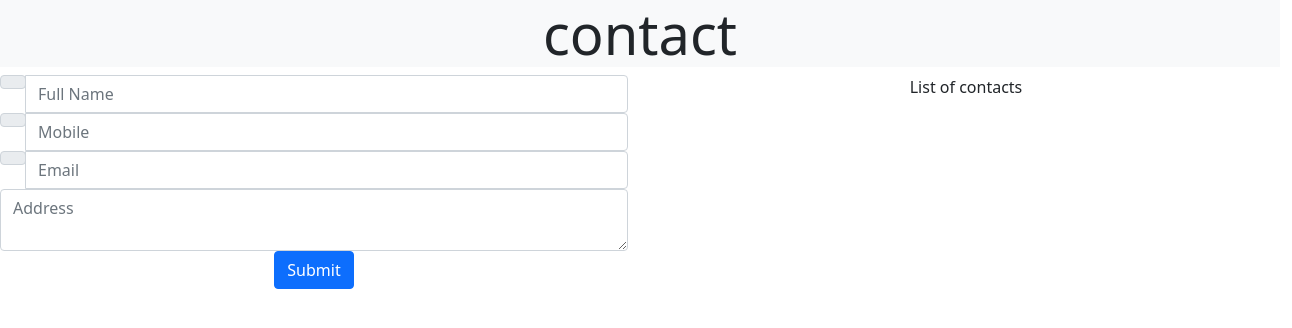
Repository: sahil801/my-react
Page: / (app in finalassignment/)
The author's editor kept a copy of each file at every save. The page is drawn from the files as they stood at one save, then again after the next save.
The browser window is 1280 px wide. The page is 1292 px wide, so the pictures cover 1292 px, including what lies to the right of the window. The pictures show the whole page.
The project was rebuilt for these pictures with package versions that can differ from the ones it lists, and the page was loaded fresh each time.

Above is the page before, as saved 2021-10-28 12:50:47.

### finalassignment/src/index.js
import React from 'react';
import ReactDOM from 'react-dom';
import './index.css';
import App from './App';
import reportWebVitals from './reportWebVitals';
import 'bootstrap/dist/css/bootstrap.min.css';

ReactDOM.render(
  <React.StrictMode>
    <App />
  </React.StrictMode>,
  document.getElementById('root')
);
reportWebVitals();

### finalassignment/src/App.js
import './App.css';
import Contacts from './components/contacts';
function App() {
  return (
    <div className="App">
      <Contacts/>
    </div>
  );
}

export default App;

### finalassignment/src/components/contacts.js
import React from 'react'
import Contactform from './contactform';

export default function Contacts() {
    return (
        <>
        <div className="bg-light text-center">
            <div className="container p-250">
                <h1 className="display-4">contact</h1>
            </div>
        </div>
        <div className="row mt-10">
            <div className="col md-5">
                <Contactform/>
            </div>
            <div className="col md-7">
                <div>List of contacts</div>
            </div>
        </div>
        </>
    )
}

### finalassignment/src/components/contactform.js
import React ,{useState,useEffect} from 'react'
// import {Form} from 'react-bootstrap';

export default function Contactform() {

    const initialFieldValue = {
        name : '',
        mobile : '',
        email : '',
        address : ''
    }
    const [value,setValue] = useState(initialFieldValue);
    const handleInputChange = (e) =>{
        var [name,val] = e.target;
        setValue({...value, [name]:val})
    }

    return (
        <div>
            <form autoComplete="off">
            <div className="form-group input-group">
                <div className="input-group-prepend">
                    <div className="input-group-text">
                        <i className="fas fa-user"></i>
                    </div>
                </div>
                <input className="form-control" placeholder="Full Name" name="name"
                    value={value.name}
                    onChange={handleInputChange}
                />
            </div>
            <div className="form-row">
                <div className="form-group input-group col-md-6">
                    <div className="input-group-prepend">
                        <div className="input-group-text">
                            <i className="fas fa-mobile-alt"></i>
                        </div>
                    </div>
                    <input className="form-control" placeholder="Mobile" name="mobile"
                        value={value.mobile}
                        onChange={handleInputChange}
                    />
                </div>
                <div className="form-group input-group col-md-6">
                    <div className="input-group-prepend">
                        <div className="input-group-text">
                            <i className="fas fa-envelope"></i>
                        </div>
                    </div>
                    <input className="form-control" placeholder="Email" name="email"
                        value={value.email}
                        onChange={handleInputChange}
                    />
                </div>
            </div>
            <div className="form-group">
                <textarea className="form-control" placeholder="Address" name="address"
                    value={value.address}
                    onChange={handleInputChange}
                />
            </div>
            <div className="form-group">
                <input type="submit" className="btn btn-primary btn-block" />
            </div>
            </form>
        </div>
    )
}

Loaded but not shown: finalassignment/public/index.html (common file); finalassignment/src/index.css (common file); finalassignment/src/reportWebVitals.js (common file); finalassignment/src/App.css (common file)

After the next save:
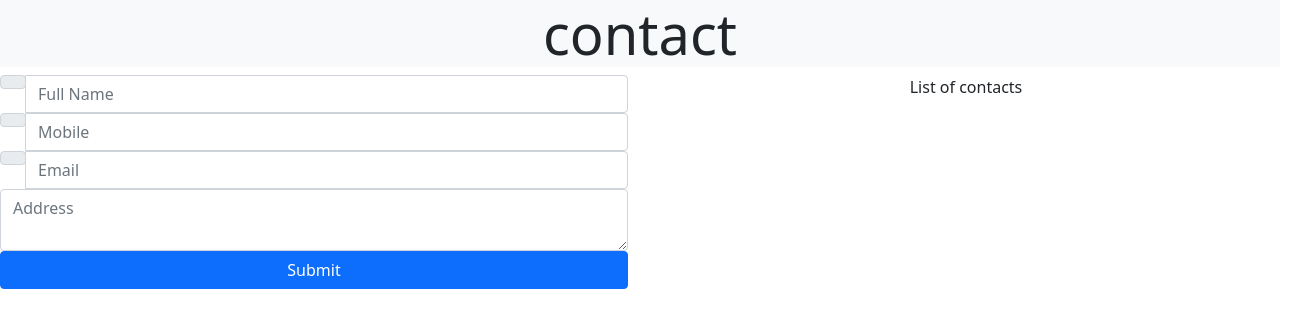
Saved 16 s later.
--- a/finalassignment/src/components/contactform.js
+++ b/finalassignment/src/components/contactform.js
@@ -60,7 +60,7 @@ export default function Contactform() {
                 />
             </div>
             <div className="form-group">
-                <input type="submit" className="btn btn-primary btn-block" />
+                <input type="submit" className="btn btn-primary btn-block w-100" />
             </div>
             </form>
         </div>
